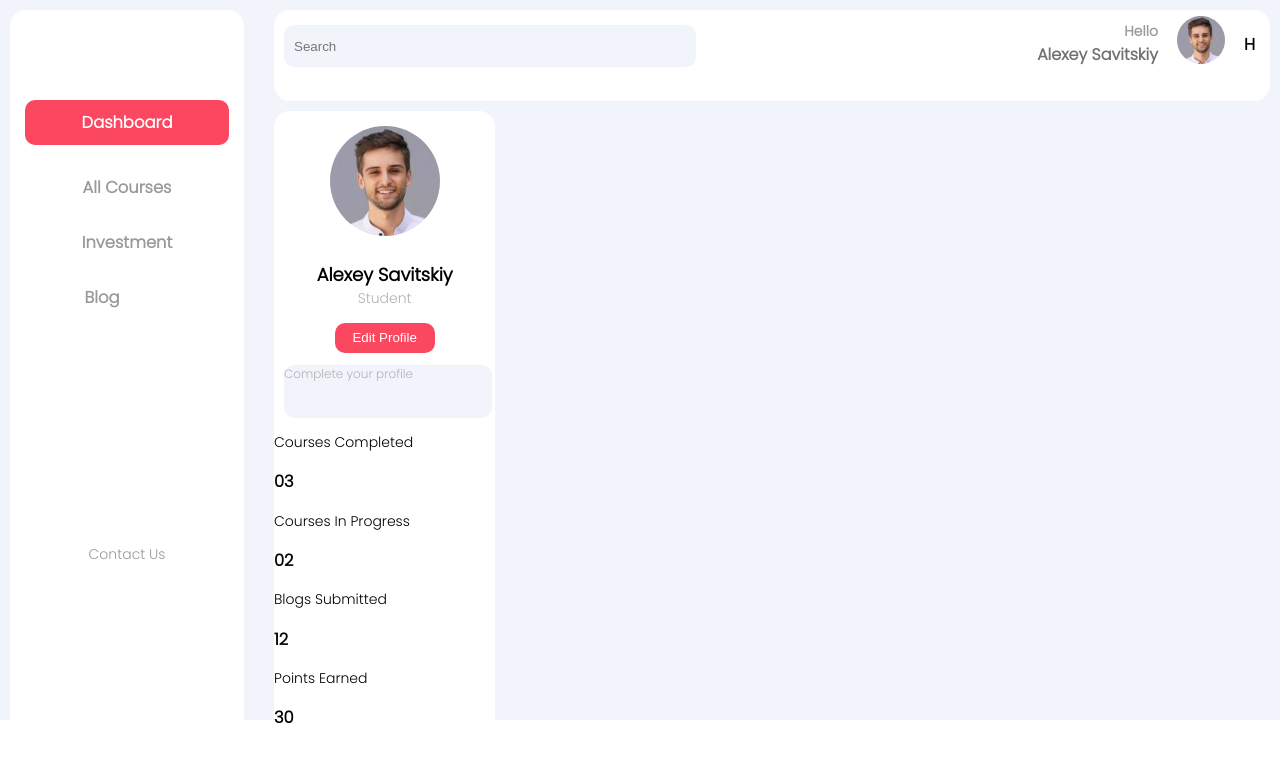
Repository: Anuruddha00/dashboard-design
Page: /
An editor plug-in stored every save of this project. The page is shown before and after the next save, followed by the edit.
The browser window is 1280 px wide. The pictures show the whole page.
The project was rebuilt for these pictures with package versions that can differ from the ones it lists, and the page was loaded fresh each time.

Above is the page before, as saved 2021-05-07 13:44:30.

After the next save:
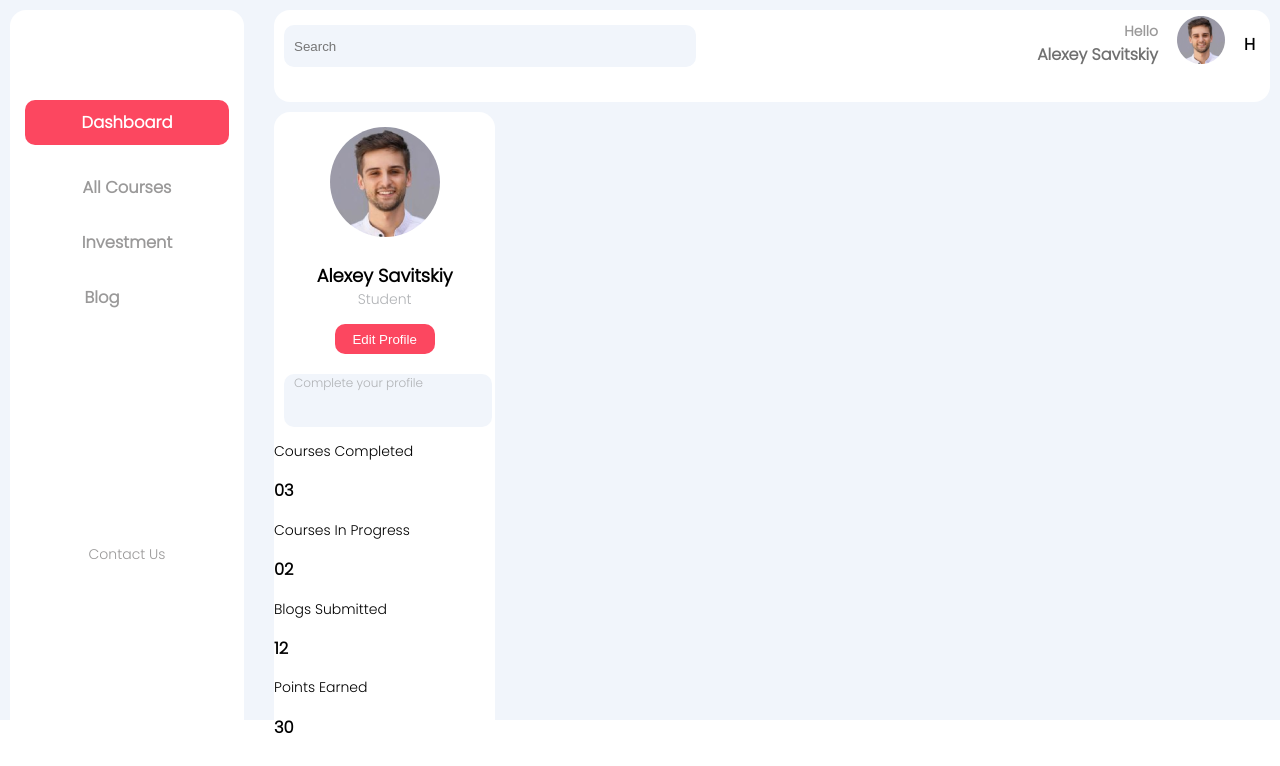
Saved 47 s later.
--- a/src/containers/Dashboard/Dashboard.scss
+++ b/src/containers/Dashboard/Dashboard.scss
@@ -162,6 +162,10 @@ body{
                                 font-size: 12px;
                                 margin-left: 10px;
 
+                                p{
+                                    margin-left: 10px;
+                                    margin-top: 20px;
+                                }
                             }
                         }
                     }
